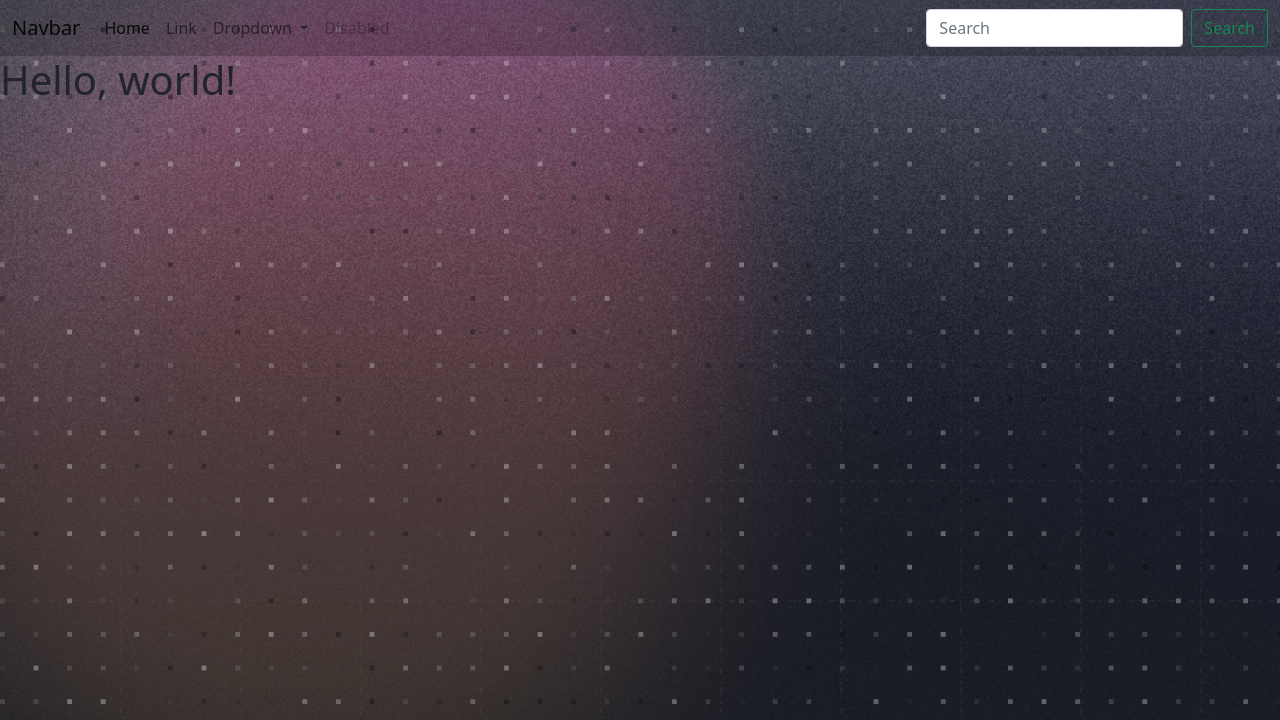
Repository: Rio-dapp/colors-nft
Page: website/index.html
The author's editor kept a copy of each file at every save. The page is drawn from the files as they stood at one save, then again after the next save.
The browser window is 1280 px wide. The pictures show the whole page.

Above is the page before, as saved 2022-04-22 11:44:59.

### website/index.html
<!doctype html>
<html lang="en">
  <head>
    <!-- Required meta tags -->
    <meta charset="utf-8">
    <meta name="viewport" content="width=device-width, initial-scale=1">

    <!-- Bootstrap CSS -->
    <link href="https://cdn.jsdelivr.net/npm/bootstrap@5.0.2/dist/css/bootstrap.min.css" rel="stylesheet" integrity="sha384-EVSTQN3/azprG1Anm3QDgpJLIm9Nao0Yz1ztcQTwFspd3yD65VohhpuuCOmLASjC" crossorigin="anonymous">
    <link rel="stylesheet" href="mystyle.css">

    <title>Hello, world!</title>
  </head>
  <body class="background">
    <nav class="navbar navbar-expand-lg navbar-light background-black-transparent">
        <div class="container-fluid">
          <a class="navbar-brand" href="#">Navbar</a>
          <button class="navbar-toggler" type="button" data-bs-toggle="collapse" data-bs-target="#navbarSupportedContent" aria-controls="navbarSupportedContent" aria-expanded="false" aria-label="Toggle navigation">
            <span class="navbar-toggler-icon"></span>
          </button>
          <div class="collapse navbar-collapse" id="navbarSupportedContent">
            <ul class="navbar-nav me-auto mb-2 mb-lg-0">
              <li class="nav-item">
                <a class="nav-link active" aria-current="page" href="#">Home</a>
              </li>
              <li class="nav-item">
                <a class="nav-link" href="#">Link</a>
              </li>
              <li class="nav-item dropdown">
                <a class="nav-link dropdown-toggle" href="#" id="navbarDropdown" role="button" data-bs-toggle="dropdown" aria-expanded="false">
                  Dropdown
                </a>
                <ul class="dropdown-menu" aria-labelledby="navbarDropdown">
                  <li><a class="dropdown-item" href="#">Action</a></li>
                  <li><a class="dropdown-item" href="#">Another action</a></li>
                  <li><hr class="dropdown-divider"></li>
                  <li><a class="dropdown-item" href="#">Something else here</a></li>
                </ul>
              </li>
              <li class="nav-item">
                <a class="nav-link disabled" href="#" tabindex="-1" aria-disabled="true">Disabled</a>
              </li>
            </ul>
            <form class="d-flex">
              <input class="form-control me-2" type="search" placeholder="Search" aria-label="Search">
              <button class="btn btn-outline-success" type="submit">Search</button>
            </form>
          </div>
        </div>
      </nav>

    <h1>Hello, world!</h1>

    <!-- Optional JavaScript; choose one of the two! -->

    <!-- Option 1: Bootstrap Bundle with Popper -->
    <script src="https://cdn.jsdelivr.net/npm/bootstrap@5.0.2/dist/js/bootstrap.bundle.min.js" integrity="sha384-MrcW6ZMFYlzcLA8Nl+NtUVF0sA7MsXsP1UyJoMp4YLEuNSfAP+JcXn/tWtIaxVXM" crossorigin="anonymous"></script>

    <!-- Option 2: Separate Popper and Bootstrap JS -->
    <!--
    <script src="https://cdn.jsdelivr.net/npm/@popperjs/core@2.9.2/dist/umd/popper.min.js" integrity="sha384-IQsoLXl5PILFhosVNubq5LC7Qb9DXgDA9i+tQ8Zj3iwWAwPtgFTxbJ8NT4GN1R8p" crossorigin="anonymous"></script>
    <script src="https://cdn.jsdelivr.net/npm/bootstrap@5.0.2/dist/js/bootstrap.min.js" integrity="sha384-cVKIPhGWiC2Al4u+LWgxfKTRIcfu0JTxR+EQDz/bgldoEyl4H0zUF0QKbrJ0EcQF" crossorigin="anonymous"></script>
    -->
  </body>
</html>

### website/mystyle.css
.background {
    background-image: url('images/background.png');
}

.background-black-transparent {
   background-color: rgba(0, 0, 0, 0.2);
}

After the next save:
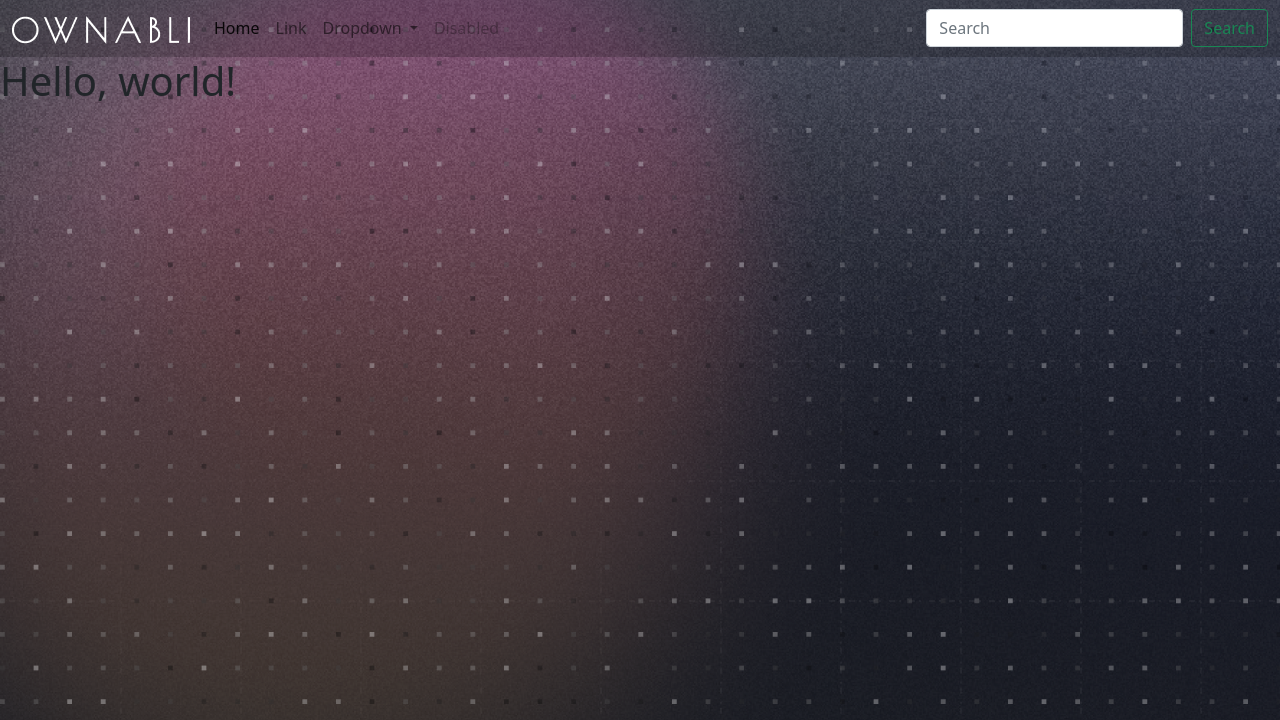
Saved 3 min 22 s later.
--- a/website/index.html
+++ b/website/index.html
@@ -14,7 +14,7 @@
   <body class="background">
     <nav class="navbar navbar-expand-lg navbar-light background-black-transparent">
         <div class="container-fluid">
-          <a class="navbar-brand" href="#">Navbar</a>
+          <a class="navbar-brand" href="#"><img src="images/logo.png"></a>
           <button class="navbar-toggler" type="button" data-bs-toggle="collapse" data-bs-target="#navbarSupportedContent" aria-controls="navbarSupportedContent" aria-expanded="false" aria-label="Toggle navigation">
             <span class="navbar-toggler-icon"></span>
           </button>
